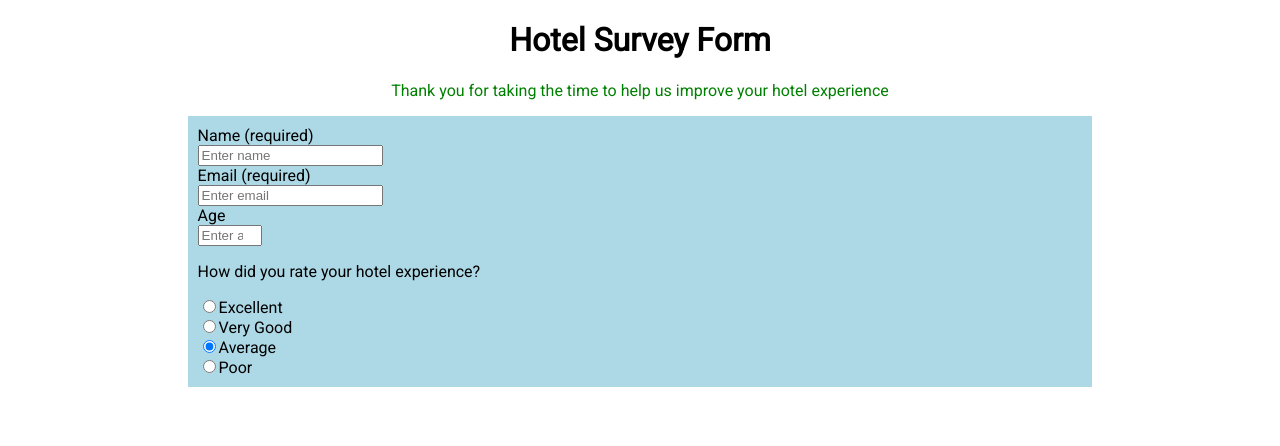
Repository: derektypist/survey-form
Page: index.html
The author's editor kept a record of every edit. The page is drawn from the files as they stood at one moment, then again after the next edit.
The browser window is 1280 px wide. The pictures show the whole page.

Above is the page before.

### index.html
<!DOCTYPE html>
<html lang="en">
<head>
    <meta charset="UTF-8">
    <meta name="viewport" content="width=device-width, initial-scale=1.0">
    <meta http-equiv="X-UA-Compatible" content="ie=edge">
    <title>Hotel Survey Form</title>
    <!-- Load Style Sheets -->
    <link href="https://fonts.googleapis.com/css?family=Roboto&display=swap" rel="stylesheet">
    <style>
        /* Title */
        #title {
            font-family: "Roboto", Arial, Verdana, sans-serif;
            text-align: center;
        }

        /* Description */
        #description {
            font-family: "Roboto", Arial, Verdana, sans-serif;
            text-align: center;
            color: green;
        }

        /* Survey Form */
        #survey-form {
            display: block;
            margin: auto;
            max-width: 70%;
            background-color: lightblue;
            font-family: "Roboto", Arial, Verdana, sans-serif;
            text-align: left;
            padding: 10px;
        }
    </style>
</head>
<body>
    <!-- Provide Title and Description -->
    <header>
        <h1 id="title">Hotel Survey Form</h1>
        <p id="description">Thank you for taking the time to help us improve your hotel experience</p>
    </header>

    <!-- Provide Survey Form -->
    <main>
        <section>
            <form id="survey-form">
                <!-- Set up Name Field -->
                <label for="name" id="name-label">Name (required)</label>
                <br>
                <input type="text" id="name" placeholder="Enter name" name="name" required />
                <br>

                <!-- Set up Email Field -->
                <label for="email" id="email-label">Email (required)</label>
                <br>
                <input type="email" id="email" placeholder="Enter email" name="email" required />
                <br>

                <!-- Set up Age (Number) Field -->
                <label for="age" id="age-label">Age</label>
                <br>
                <input type="number" id="age" placeholder="Enter age (years)" name="age" min="0" max="100">
                <br>

                <!-- Set up Radio Buttons -->
                <p>How did you rate your hotel experience?</p>
                <input type="radio" name="experience" value="excellent">Excellent
                <br>
                <input type="radio" name="experience" value="verygood">Very Good
                <br>
                <input type="radio" name="experience" value="average" checked>Average
                <br>
                <input type="radio" name="experience" value="poor">Poor
                <br>

            </form>
        </section>
    </main>
</body>
</html>

After the next edit:
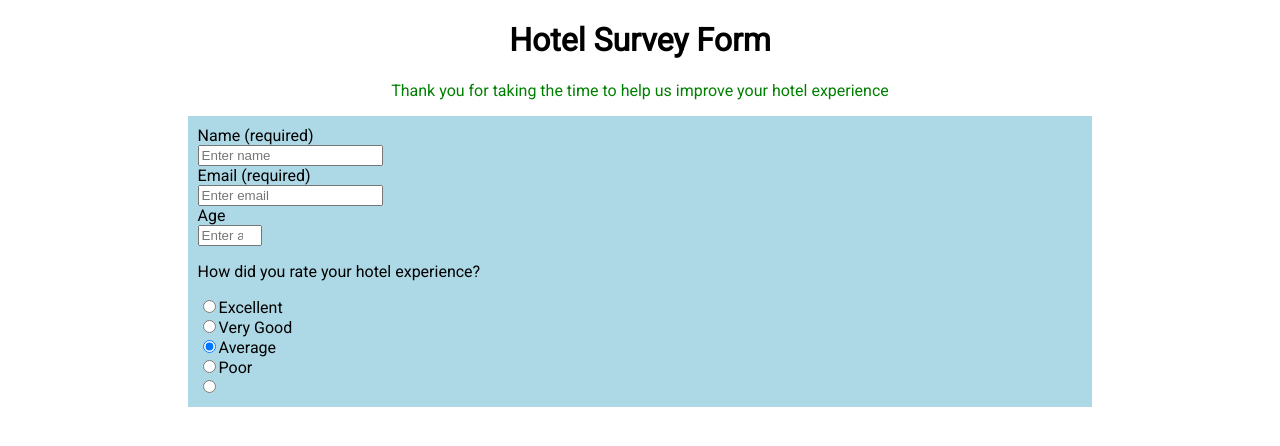
The edit:
--- a/index.html
+++ b/index.html
@@ -72,6 +72,7 @@
                 <br>
                 <input type="radio" name="experience" value="poor">Poor
                 <br>
+                <input type="radio" name="experience" value="ver"
 
             </form>
         </section>
